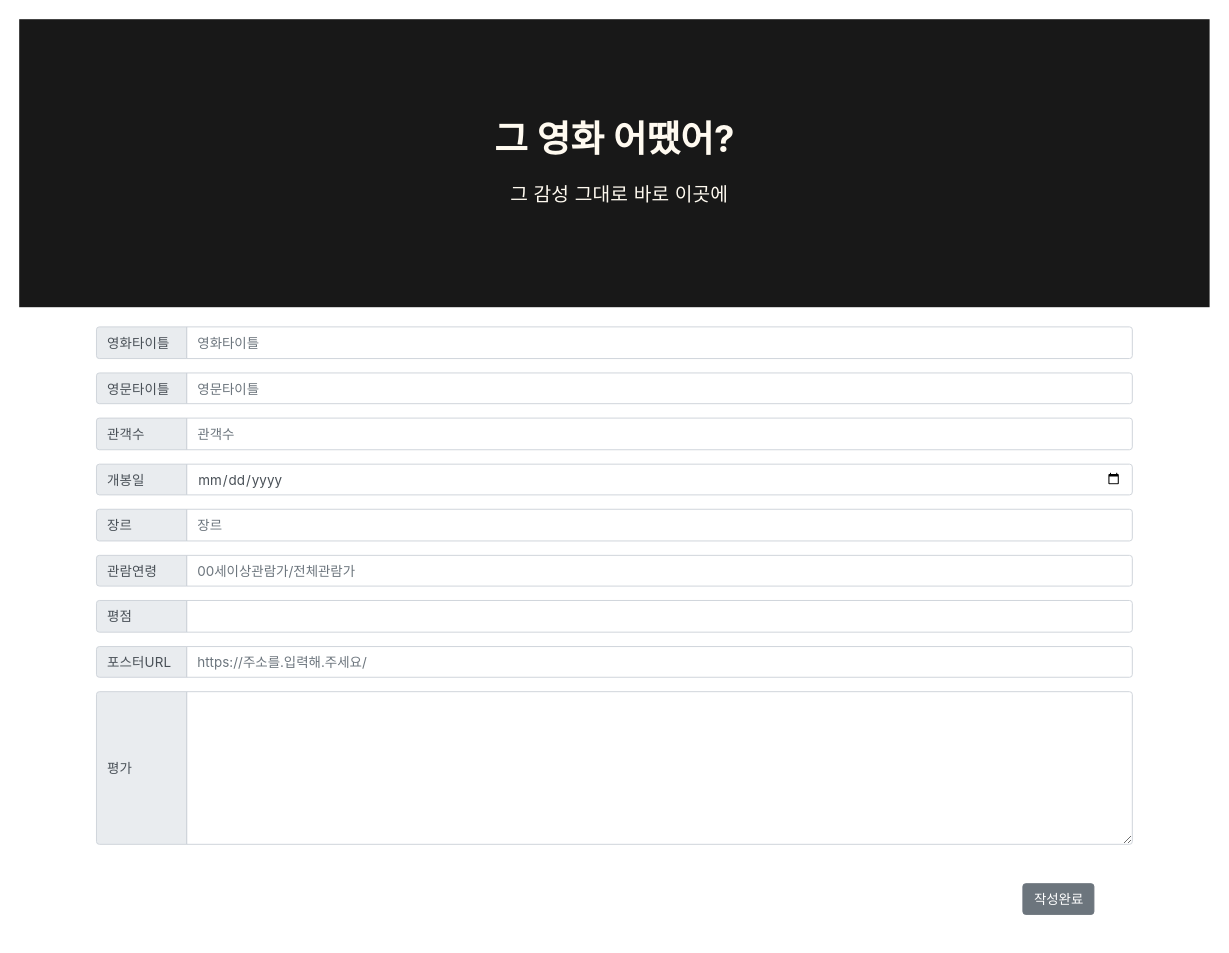
Repository: JungSWon/Project
Page: templates/new.html
The author's editor kept a record of every edit. The page is drawn from the files as they stood at one moment, then again after the next edit.
The browser window is 1280 px wide. The pictures show the whole page, at 96% of full size.
Some web libraries are served in a nearby version. The template is drawn by Flask 3. The application's start-up code is not run. The template is opened directly, without the code that normally fills it, so the values that code supplies are empty.

Above is the page before.

After the next edit:
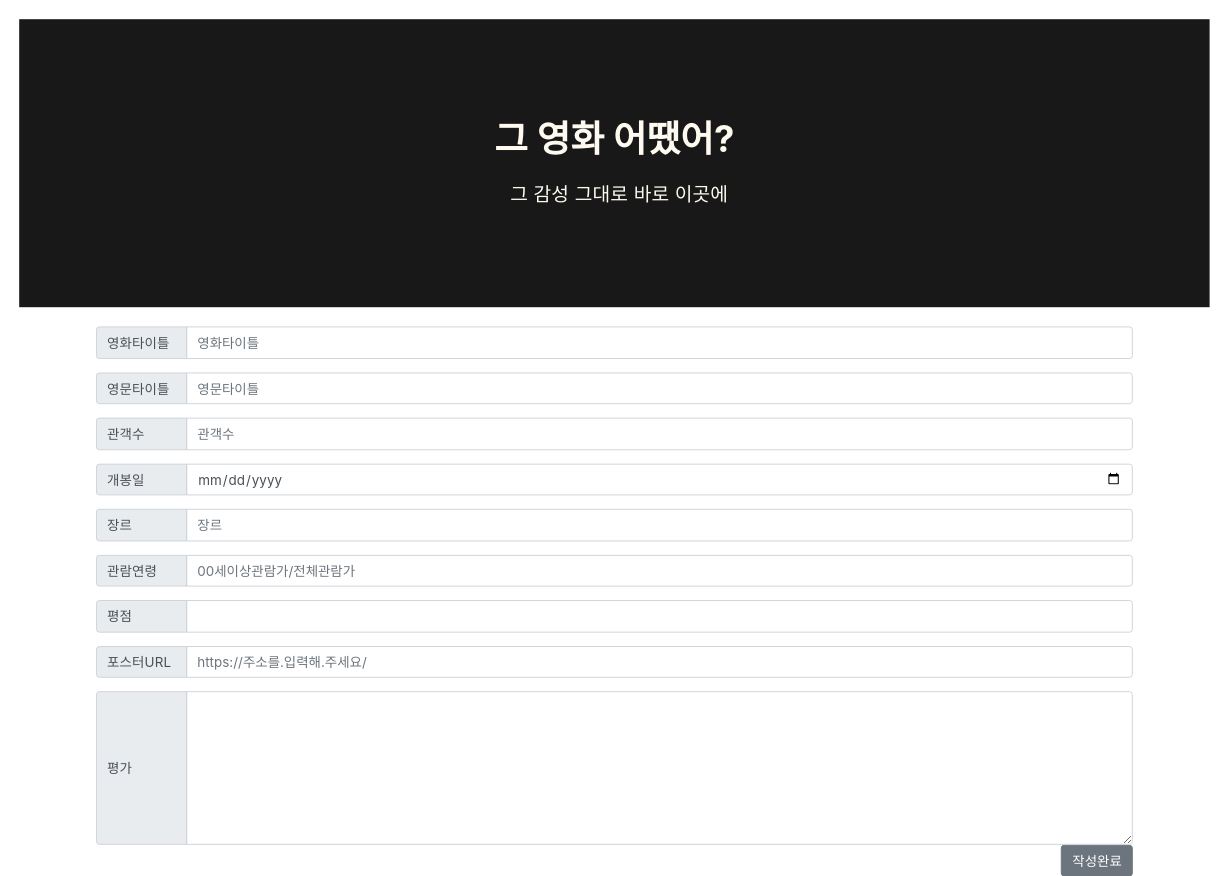
The edit:
--- a/04_CRUD/static/css/style.css
+++ b/04_CRUD/static/css/style.css
@@ -35,12 +35,6 @@
     font-weight: 200;
     margin-left: 10px;
 }
-.btn{
-    display: flex;
-    justify-content: center;
-    align-items: center;
-    margin: 40px;
-}
 
 
 .input-group-text{
